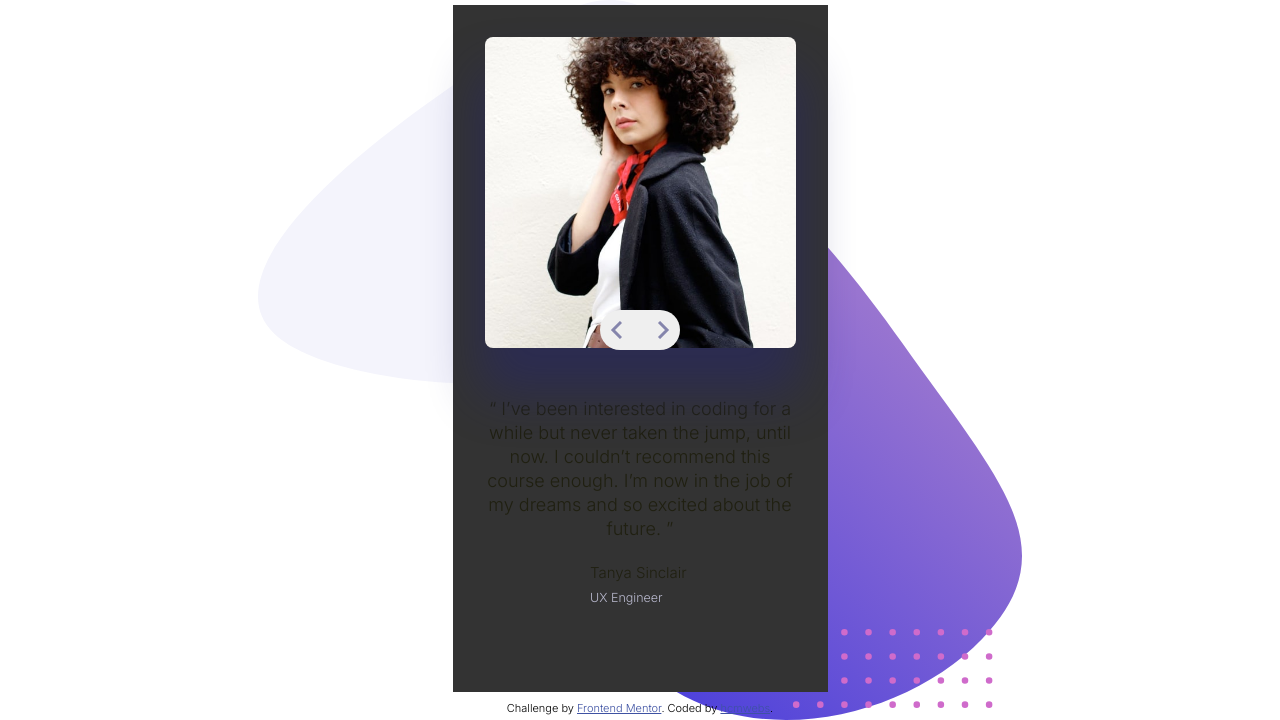
Repository: Hcmwebs/Coding-Bootcamp-Testimonials
Page: index.html
The author's editor kept a copy of each file at every save. The page is drawn from the files as they stood at one save, then again after the next save.
The browser window is 1280 px wide. The pictures show the whole page.
The style sheet was rebuilt from its Sass, Less or Tailwind sources for each picture, by a compiler version that may differ from the author's.

Above is the page before, as saved 2020-10-30 13:38:23.

### index.html
<!DOCTYPE html>
<html lang="en">
  <head>
    <meta charset="UTF-8" />
    <meta name="viewport" content="width=device-width, initial-scale=1.0" />
    <!-- displays site properly based on user's device -->

    <link
      rel="icon"
      type="image/png"
      sizes="32x32"
      href="./images/favicon-32x32.png"
    />
    <link rel="stylesheet" href="css/main.css" />
    <title>Frontend Mentor | Coding Bootcamp Testimonials Slider</title>

    <!-- Feel free to remove these styles or customise in your own stylesheet 👍 -->
    <style>
      .attribution {
        font-size: 11px;
        text-align: center;
      }
      .attribution a {
        color: hsl(228, 45%, 44%);
      }
    </style>
  </head>
  <body>
    <div class="container">
      <div class="card">
        <div class="card__header">
          <img
            src="images/image-tanya.jpg"
            alt="Profile Tanya"
            id="profileTanya"
          />
        </div>

        <button id="buttons">
          <img src="images/icon-prev.svg" alt="icon-prev" />
          <img src="images/icon-next.svg" alt="icon-next" />
        </button>

        <div class="card__body">
          <h2>
            “ I’ve been interested in coding for a while but never taken the
            jump, until now. I couldn’t recommend this course enough. I’m now in
            the job of my dreams and so excited about the future. ”
          </h2>
          <div class="card__body--captionTxt">
            <p>Tanya Sinclair</p>
            <small>UX Engineer </small>
          </div>
        </div>
      </div>
    </div>
    <!-- “ I’ve been interested in coding for a while but never taken the jump, until
    now. I couldn’t recommend this course enough. I’m now in the job of my
    dreams and so excited about the future. ” Tanya Sinclair UX Engineer “ If
    you want to lay the best foundation possible I’d recommend taking this
    course. The depth the instructors go into is incredible. I now feel so
    confident about starting up as a professional developer. ” John Tarkpor
    Junior Front-end Developer -->

    <div class="attribution">
      Challenge by
      <a href="https://www.frontendmentor.io?ref=challenge" target="_blank"
        >Frontend Mentor</a
      >. Coded by
      <a href="https://github.com/Hcmwebs" target="_blank">hcmwebs</a>.
    </div>
    <script src="main.js"></script>
  </body>
</html>

### scss/main.scss
@import url('https://fonts.googleapis.com/css2?family=Inter:wght@300;400&display=swap');

$font-stack:'Inter',
sans-serif;
$primaryColor : rgba(32, 32, 17, 1.0);
$secondaryColor : rgba(185, 185, 206, 1.0);
$boxShadowColor:rgba(36, 36, 113,0.49);


@mixin gridCenter{
  display: grid;
  place-items: center;
}

@mixin flexCenter {
  display: flex;
  justify-content: center;
  align-items: center;

}

@mixin flexSpaceBetween {
  @include flexCenter;
  justify-content: space-between;
}


*{
  margin: 0;
  padding: 0;
  box-sizing: border-box;

}
body{
  font-family: $font-stack;
  font-size: 10px;
  font-weight: 300;
  line-height: 24px;
  background-image: url(/images/pattern-bg.svg);
  background-position: top center;
  background-size:contain;
  background-repeat: no-repeat;
  height: 100vh;
  width: 100%;
  @include flexCenter;
  flex-direction: column;
}

.container{
  width: 100%;
  max-width: 375px;
  height: 100vh;
  @include gridCenter;
  grid-template-columns: 1fr;
}
  .card{
  width: 100%;
  padding: 2rem;
  @include flexSpaceBetween;
  flex-direction: column;
  background-color: #333;

  &__header{
    width: 100%;
    height: 310px;
    @include gridCenter;
    position: relative;


    img{
      width: 100%;
      height: 100%;
      object-fit: cover;
      border-radius: 0.5rem;
      box-shadow: 0 40px 50px 5px $boxShadowColor;


    }
  }

button {
  width: 80px;
  height: 40px;
  padding: 10px;
  border-radius: 28px;
  border: none;
  @include flexSpaceBetween;
  position: absolute;
  top: 310px;


}

  &__body{
    width: 100%;
    margin:50px 0;
    @include gridCenter;

    h2{
      font-size: 18px;
      font-weight: 300;
      text-align: center;
      color:$primaryColor;
    }

    &--captionTxt{
      width:100px;
      margin-top: 20px;
      text-align: left;
      font-size: 15px;
      font-weight: 300;


      p{
        color: $primaryColor;

      }

      small{
        color: $secondaryColor;

      }

    }

  }
}

Loaded but not shown: main.js (no copy from this time; the picture is the same without it)

After the next save:
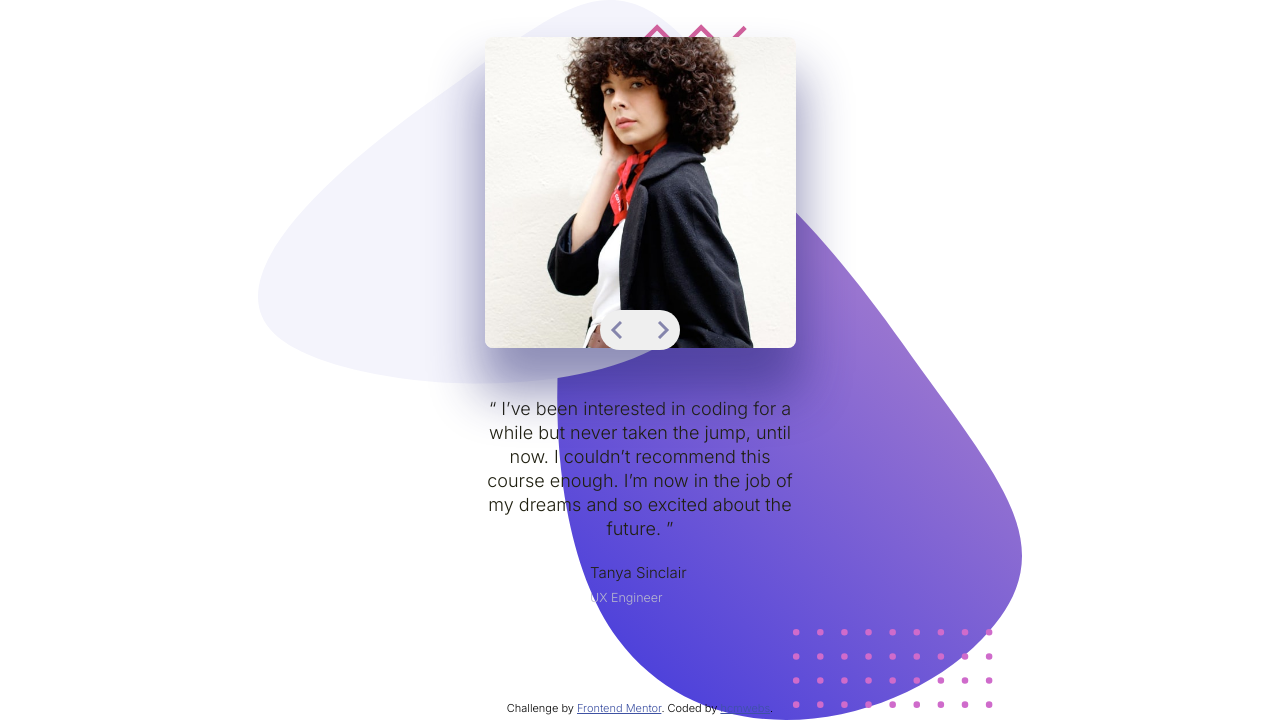
Saved 46 s later.
--- a/scss/main.scss
+++ b/scss/main.scss
@@ -58,7 +58,6 @@ body{
   padding: 2rem;
   @include flexSpaceBetween;
   flex-direction: column;
-  background-color: #333;
 
   &__header{
     width: 100%;
